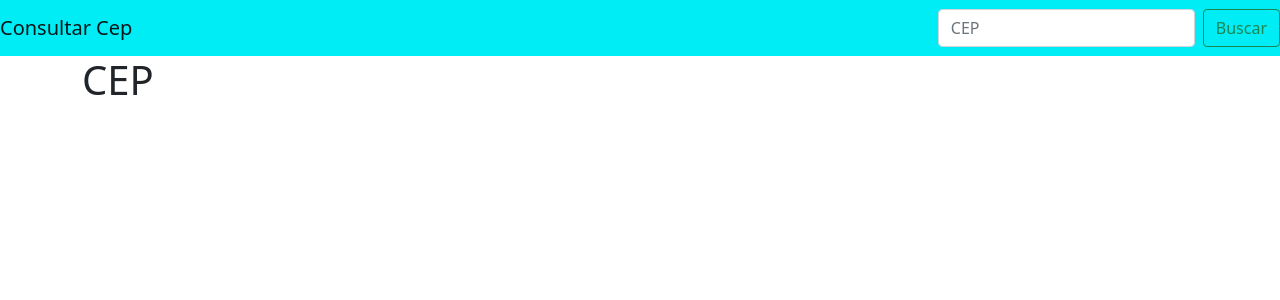
Repository: ViniciusCMS/StudyJquerry
Page: index.html
An editor plug-in stored every save of this project. The page is shown before and after the next save, followed by the edit.
The browser window is 1280 px wide. The pictures show the whole page.

Above is the page before, as saved 2021-11-26 11:18:36.

### index.html
<!DOCTYPE html>
<html lang="pt-br">
<head>
    <meta charset="UTF-8">
    <meta http-equiv="X-UA-Compatible" content="IE=edge">
    <meta name="viewport" content="width=device-width, initial-scale=1.0">
    <title>StudyJquery</title>
    <script type="text/javascript" src="js/jquery-3.6.0.min.js"></script>
    <script type="text/javascript" src="js/main.js"></script>
    <link rel="stylesheet" type="text/css" href="bootstrap/css/bootstrap.min.css">
</head>
<body>
   <nav class="navbar navbar-light" style="background-color: #00edf5;">
    <a class="navbar-brand">Consultar Cep</a>
      <div class="d-flex">
        <input class="form-control me-2" type="search" placeholder="CEP" id="cep">
        <button class="btn btn-outline-success" type="submit" onclick="consultaCep()">Buscar</button>
      </div>
    </nav>

    <div class="container">
        <div class="row">
            <h1>CEP</h1>
        </div>

    </div>


    <!--<input id="cep">
    <button type="button" onclick="consultaCep()">Consultar</button>
    <p id="uf"></p>
    <p id="localidade"></p>
    <p id="logradouro"></p>
    <p id="bairro"></p>-->
</body>
</html>

### js/main.js
function consultaCep() {

    var cep = document.getElementById("cep").value;
    var url = "https://viacep.com.br/ws/" + cep + "/json/";

    console.log(url)

    $.ajax({
        url: url,
        type: "GET",
        success: function(response){
            console.log(response);


            /*$("#uf").html(response.uf);
            $("#localidade").html(response.localidade);
            $("#logradouro").html(response.logradouro);
            $("#bairro").html(response.bairro);

            document.getElementById("uf").innerHTML = response.uf;
            document.getElementById("localidade").innerHTML = response.localidade;
            document.getElementById("logradouro").innerHTML = response.logradouro;
            document.getElementById("bairro").innerHTML = response.bairro;*/
        }

    })
}

Loaded but not shown: js/jquery-3.6.0.min.js (library); bootstrap/css/bootstrap.min.css (library)

After the next save:
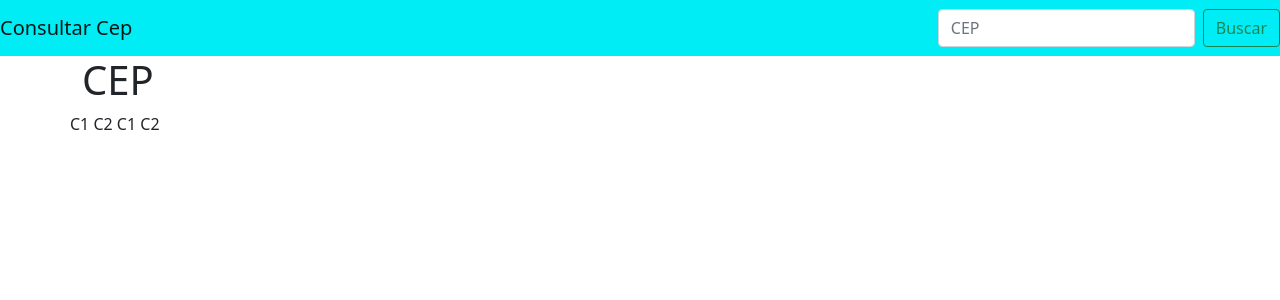
Saved 3 min 26 s later.
--- a/index.html
+++ b/index.html
@@ -22,6 +22,20 @@
         <div class="row">
             <h1>CEP</h1>
         </div>
+        <div class="row">
+
+            <tbody>
+                <tr>
+                    <td>C1</td>
+                    <td>C2</td>
+                </tr>
+                <tr>
+                    <td>C1</td>
+                    <td>C2</td>
+                </tr>
+            </tbody>
+
+        </div>
 
     </div>
 
